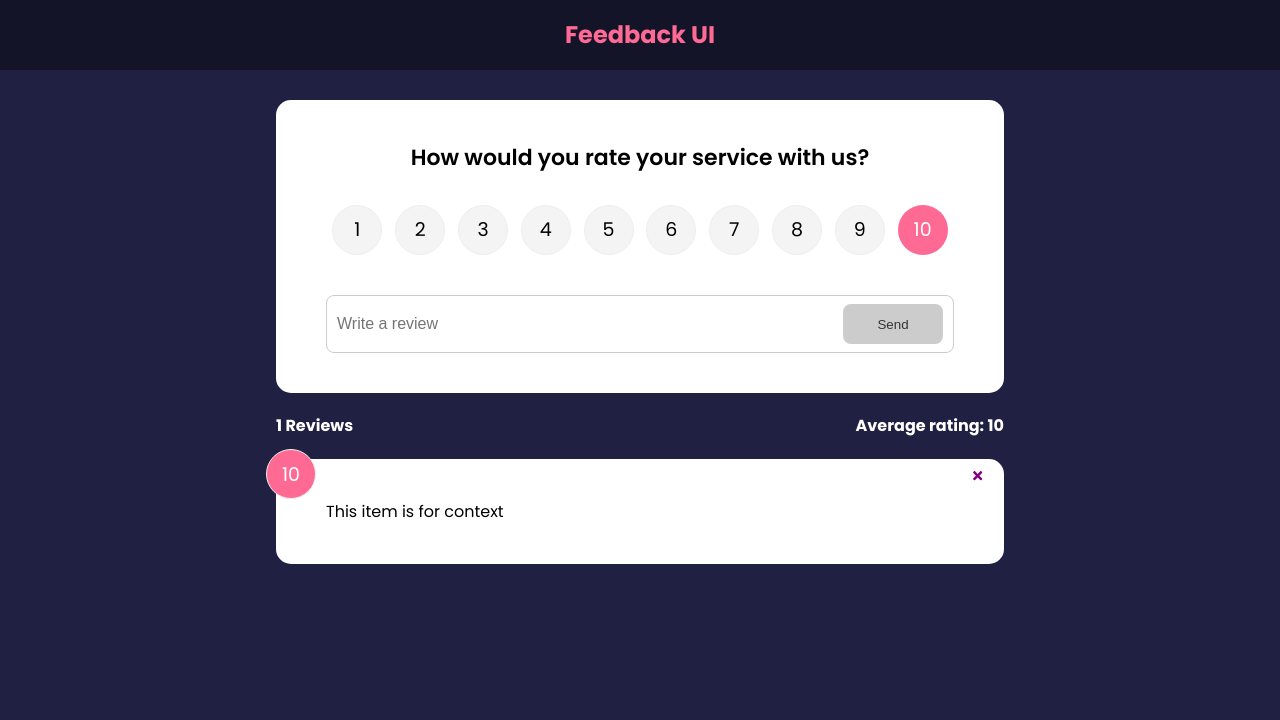
Repository: ErminiaDev/Feedback-app
Page: /
These files come from the project's save history. The page is drawn as it stood at one moment and after the next save; the edit follows.
The browser window is 1280 px wide. The pictures show the whole page.
The project was rebuilt for these pictures with package versions that can differ from the ones it lists, and the page was loaded fresh each time.

Above is the page before, as saved 2023-02-09 16:00:06.

After the next save:
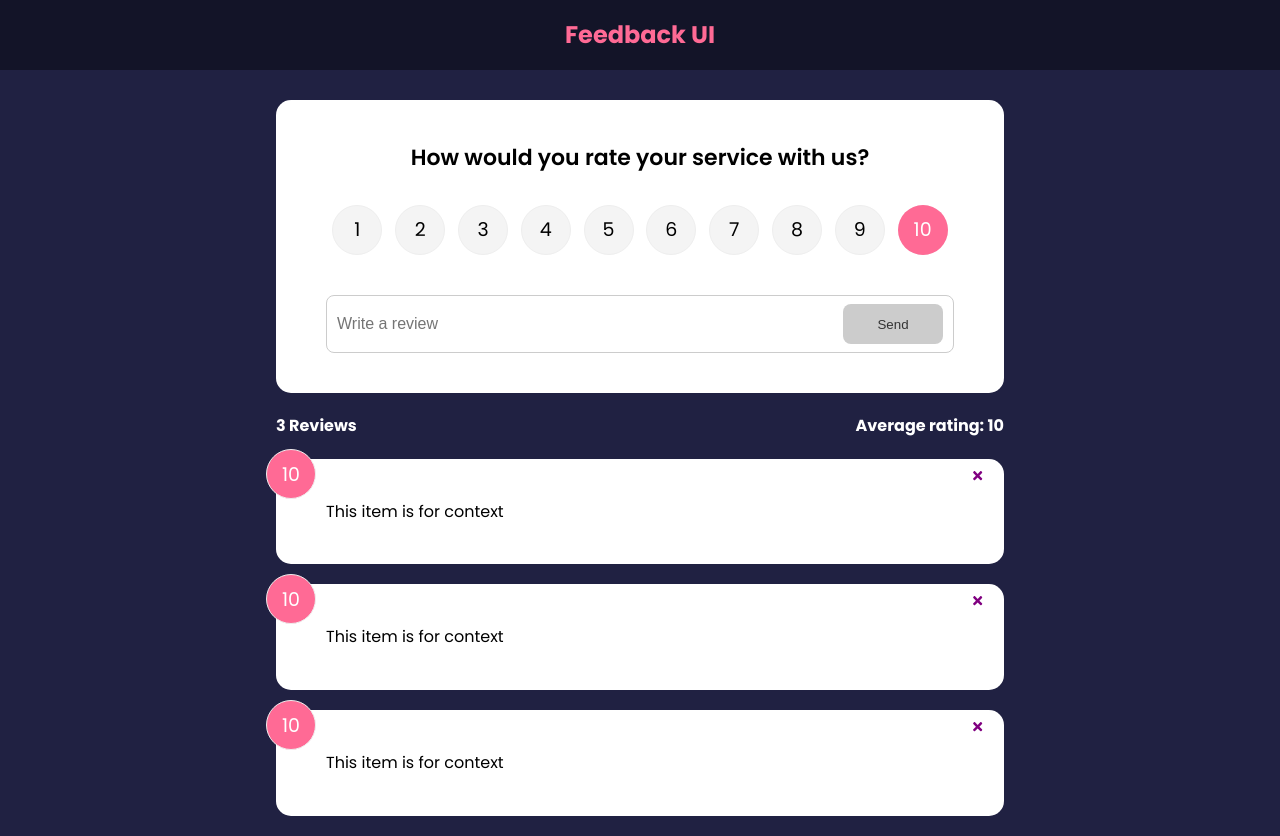
Saved 6 s later.
--- a/src/context/FeedbackContext.js
+++ b/src/context/FeedbackContext.js
@@ -7,6 +7,16 @@ const FeedbackContext = createContext()
 
 export const FeedbackProvider = ({children}) => {
 	const [feedback, setFeedback] = useState([
+		{
+			id: 1,
+			text: "This item is for context",
+			rating: 10
+		},
+		{
+			id: 1,
+			text: "This item is for context",
+			rating: 10
+		},
 		{
 			id: 1,
 			text: "This item is for context",
